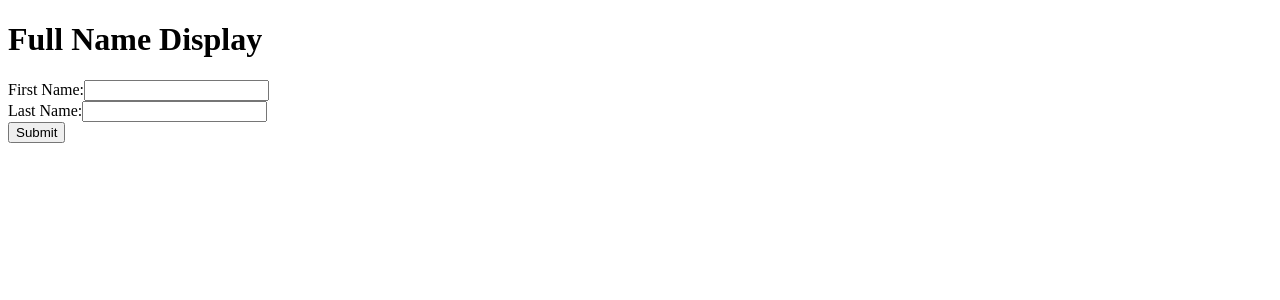
Repository: rajratangm/NameForm
Page: /
These files come from the project's save history. The page is drawn as it stood at one moment and after a run of saves; the edit follows.
The browser window is 1280 px wide. The pictures show the whole page.
The project was rebuilt for these pictures with package versions that can differ from the ones it lists, and the page was loaded fresh each time. Also part of the build but not shown: vite.config.js.

Above is the page before, as saved 2024-04-02 16:59:36.

After the next 2 saves:
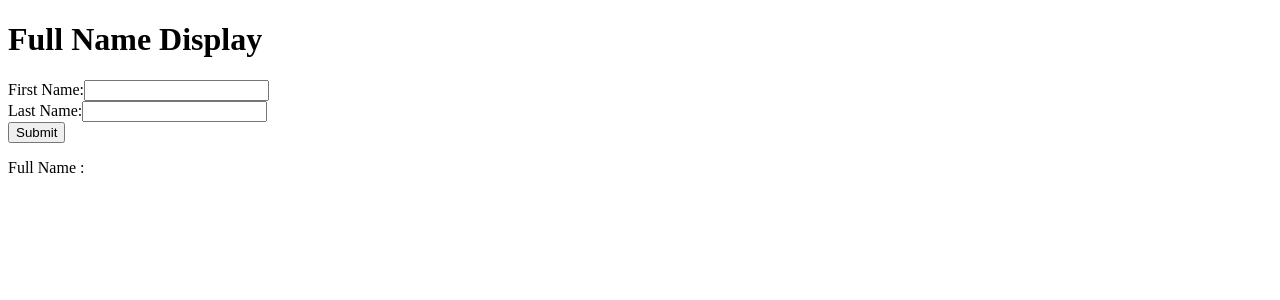
The 2 saves are shown as one change because they came seconds apart.
The last was saved 7 s later.
--- a/src/App.jsx
+++ b/src/App.jsx
@@ -22,7 +22,7 @@ function App() {
 
     </form>
 
-    <p></p>
+    <p>Full Name :{}</p>
 
 
     </>
